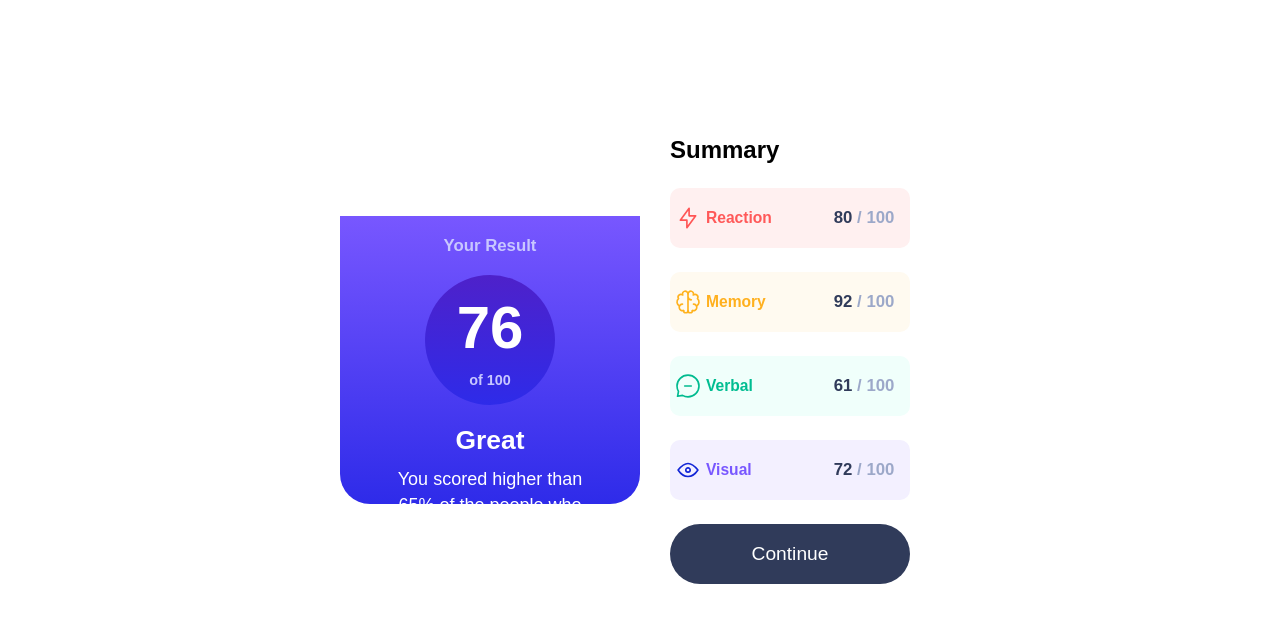
Repository: limaneto/frontend-mentor-results-summary
Page: index.html
These files come from the project's save history. The page is drawn as it stood at one moment and after the next save; the edit follows.
The browser window is 1280 px wide. The pictures show the whole page.

Above is the page before, as saved 2023-11-06 10:28:01.

### index.html
<!DOCTYPE html>
<html lang="en">
  <head>
    <meta charset="UTF-8">
    <meta name="viewport" content="width=device-width, initial-scale=1.0">
    <link rel="stylesheet" href="style.css">
  </head>
  <body>
    <main>
      <section id='result'>
        <h1>Your Result</h1>
        <span id='score'>
          <h2>76</h2>
          <h3>of 100</h3>
        </span>
        <span id='score-message'>
          <h4>Great</h4>
          <h5>You scored higher than 65% of the people who have taken these tests.</h5>
        </span>
      </section>
      <summary>
        <h2>Summary</h2>
        <ul>
          <li id='reaction'>
            <img id='icons' src="./assets/images/icon-reaction.svg" alt="Lightning">
            Reaction
            <span>
              80 <span>/ 100</span>
            </span>
          </li>
          <li id='memory'>
            <img id='icons' src="./assets/images/icon-memory.svg" alt="Brain">
            Memory
            <span>
              92 <span>/ 100</span>
            </span>
          </li>
          <li id='verbal'>
            <img id='icons' src="./assets/images/icon-verbal.svg" alt="Cloud">
            Verbal
            <span>
              61 <span>/ 100</span>
            </span>
          </li>
          <li id='visual'>
            <img id='icons' src="./assets/images/icon-visual.svg" alt="Eye">
            Visual
            <span>
              72 <span>/ 100</span>
            </span>
          </li>
        </ul>
        <button>Continue</button>
      </summary>
    </main>
  </body>
</html>

### style.css
:root {
  --red: #ff5959;
  --orangey:	#ffb01f;
  --green: #00bd91;
  --blue: #1125d4;
  --pale-blue: #ebf1ff;
  --white: #ffffff;
  --dark-gray-blue: #303b5a;
  --lavender: #c8c7ff;
  --g-slate-blue: #7857ff;
  --g-royal-blue: #2e2be9;
  --g-violet-blue: #4e21ca;
  --g-persian-blue: #2421ca;
}

@font-face {
  font-family: 'HankenGrotesk', sans-serif;
  src: url(./assets/fonts//HankenGrotesk-VariableFont_wght.ttf);
}

* {
  box-sizing: border-box;
  margin: 0;
  padding: 0;
}

html, body {
  font-size: 62.5%;
  font-family: 'HankenGrotesk', sans-serif;
  height: 100vh;
  width: 100vw;
}

li {
  display: block;
}

main {
  height: 100%;
  width: 100%;
}

section {
  display: flex;
  flex-direction: column;
  align-items: center;
  justify-content: space-evenly;
  height: 40%;
  background: linear-gradient(0deg, var(--g-royal-blue), var(--g-slate-blue));
  border-bottom-left-radius: 30px;
  border-bottom-right-radius: 30px;
  color: var(--white);
}

section > h1 {
  font-size: 1.4rem;
  color: var(--lavender);
}

#score {
  display: flex;
  flex-direction: column;
  justify-content: center;
  gap: 10px;
  text-align: center;
  height: 130px;
  width: 130px;
  border-radius: 6rem;
  background: linear-gradient(180deg, var(--g-violet-blue), var(--g-royal-blue));
}

#score > h2 {
  font-size: 2rem;
  font-size: 5rem;
}

#score > h3 {
  font-size: 1.2rem;
  color: var(--lavender);
}

#score-message {
  height: 60px;
  text-align: center;
}

#score-message > h4 {
  font-size: 2.2rem;
}

#score-message > h5 {
  padding: 10px 4rem;
  line-height: 2.2rem;
  font-size: 1.5rem;
  font-weight: 400;
  margin-bottom: 10px;
}

summary {
  padding: 30px;
}

summary > h2 {
  font-size: 2rem;
}

summary > ul > li {
  font-size: 1.3rem;
  font-weight: bold;
  display: flex;
  align-items: center;
  width: 100%;
  height: 60px;
  border-radius: 10px;
  background-color: #00bd91;
  margin: 24px 0;
}

#reaction {
  color: var(--red);
  background-color: hsl(0, 100%, 97%);
}

#memory {
  color: var(--orangey);
  background-color: hsl(39, 100%, 97%);
}

#verbal {
  color: var(--green);
  background-color: hsl(166, 100%, 97%);
}

#visual {
  color: var(--g-slate-blue);
  background-color: hsl(252, 100%, 97%);
}

#icons {
  width: 15%;
  height: 2.2rem;
}

li > span {
  color: var(--dark-gray-blue);
  font-size: 1.4rem;
  margin-right: 1.3rem;
  margin-left: auto;
}

li > span > span {
  color: hsl(224, 30%, 70%);
}

summary > button {
  background-color: var(--dark-gray-blue);
  width: 100%;
  height: 60px;
  color: var(--white);
  border: none;
  border-radius: 3.2rem;
  font-size: 1.6rem;
}

@media screen and (min-width: 768px) {
  html, body {
    font-size: 75%;
  }

  main {
    max-width: 600px;
    display: grid;
    align-items: center;
    justify-self: center;
    grid-template-columns: 1fr 1fr;
  }

}

After the next save:
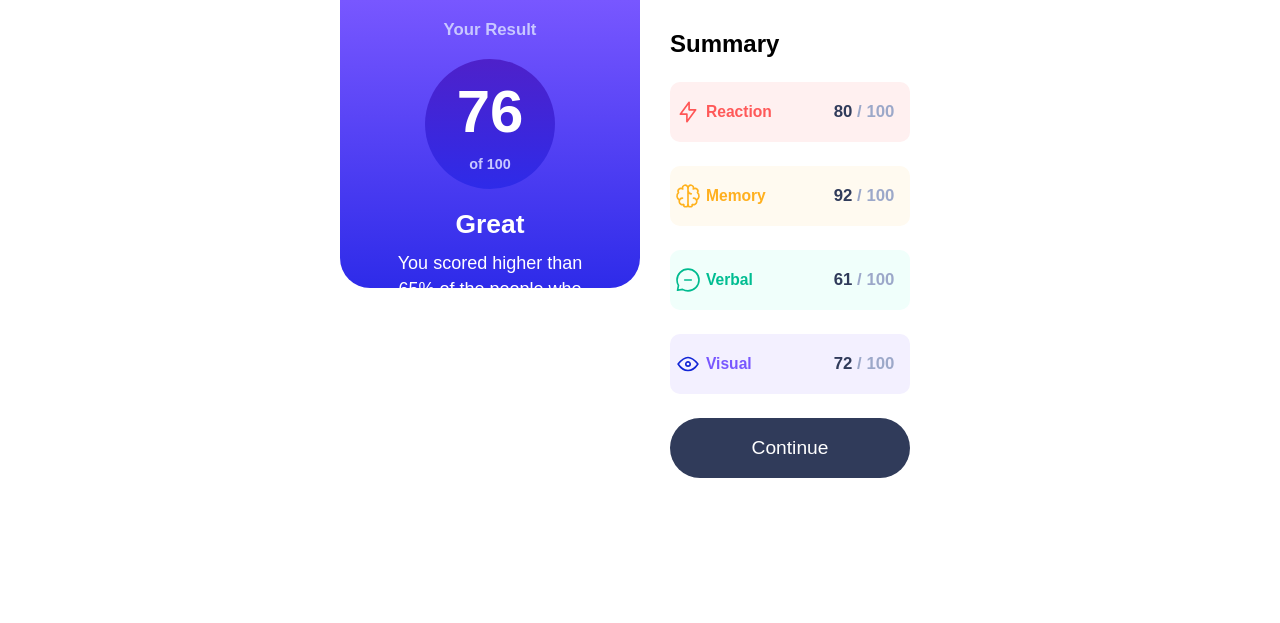
Saved 36 s later.
--- a/style.css
+++ b/style.css
@@ -170,8 +170,7 @@ summary > button {
   main {
     max-width: 600px;
     display: grid;
-    align-items: center;
-    justify-self: center;
+    place-self: center;
     grid-template-columns: 1fr 1fr;
   }
 
